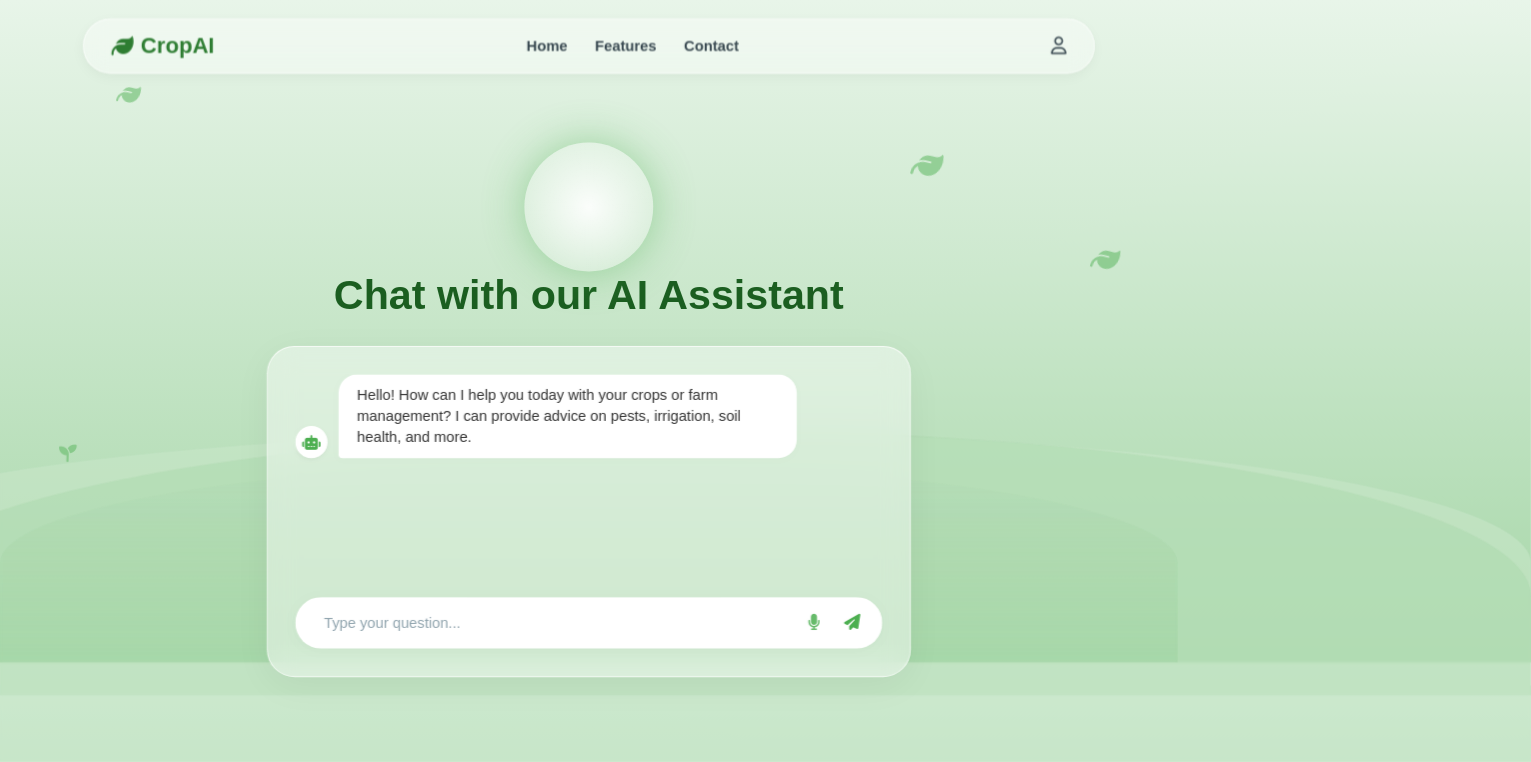
Repository: 4hmedshanu/Systemcropadvag
Page: http://localhost/multilingualchatbot
An editor plug-in stored every save of this project. The page is shown before and after the next save, followed by the edit.
The browser window is 1280 px wide. The page is 1664 px wide, so the pictures cover 1664 px, including what lies to the right of the window. The pictures show the whole page, at 92% of full size.
Pictures or frames that could not be fetched are drawn as grey boxes. Some web fonts or font styles are not loaded; a fallback is used. The page is this project's Thymeleaf template; nobody is signed in. The template is opened directly, without the code that normally fills it, so the values that code supplies are empty.

Above is the page before, as saved 2025-12-21 08:11:34.

### Smart_crop_advisory_system_Frouent/src/main/resources/templates/multilingualchatbot.html
<!DOCTYPE html>
<html lang="en" xmlns:th="http://www.thymeleaf.org">
<head>
    <meta charset="UTF-8">
    <meta name="viewport" content="width=device-width, initial-scale=1.0">
    <title>AI Crop Assistant</title>

    <link href="https://fonts.googleapis.com/css2?family=Quicksand:wght@400;500;600;700&display=swap" rel="stylesheet">
    <link rel="stylesheet" href="https://cdnjs.cloudflare.com/ajax/libs/font-awesome/6.4.0/css/all.min.css">

    <style>
        /* --- General Reset & Typography --- */
        :root {
            --primary-green: #4CAF50;
            --pastel-bg-start: #e0f2f1;
            --pastel-bg-end: #c8e6c9;
            --glass-bg: rgba(255, 255, 255, 0.4);
            --glass-border: rgba(255, 255, 255, 0.6);
            --text-dark: #2c3e50;
        }

        * {
            margin: 0;
            padding: 0;
            box-sizing: border-box;
        }

        body {
            font-family: 'Quicksand', sans-serif;
            background: linear-gradient(180deg, #e8f5e9 0%, #a5d6a7 100%);
            height: 100vh;
            width: 100vw;
            overflow: hidden;
            display: flex;
            flex-direction: column;
            color: var(--text-dark);
            position: relative;
        }

        /* --- Background Scenery --- */
        .hill {
            position: absolute;
            background: rgba(255, 255, 255, 0.25);
            border-radius: 50% 50% 0 0;
            backdrop-filter: blur(2px);
            pointer-events: none;
        }

        .hill-1 {
            width: 150vw;
            height: 40vh;
            bottom: -5vh;
            left: -20vw;
            background: #c8e6c9;
            opacity: 0.6;
        }

        .hill-2 {
            width: 140vw;
            height: 50vh;
            bottom: -15vh;
            right: -30vw;
            background: #a5d6a7;
            opacity: 0.4;
        }

        .hill-3 {
            width: 100vw;
            height: 30vh;
            bottom: 0;
            left: 0;
            background: linear-gradient(to top, #81c784 0%, transparent 100%);
            opacity: 0.2;
        }

        /* Floating Leaves Animation */
        .floating-leaf {
            position: absolute;
            color: #66bb6a;
            opacity: 0.6;
            animation: float-leaf 8s ease-in-out infinite;
            z-index: 1;
            pointer-events: none;
        }
        .fl-1 { top: 15%; left: 10%; font-size: 1.5rem; animation-delay: 0s; }
        .fl-2 { top: 25%; right: 20%; font-size: 2rem; transform: rotate(45deg); animation-delay: 2s; }
        .fl-3 { bottom: 30%; left: 5%; font-size: 1.2rem; animation-delay: 4s; }
        .fl-4 { top: 40%; right: 5%; font-size: 1.8rem; animation-delay: 1s; }

        @keyframes float-leaf {
            0% { transform: translateY(0) rotate(0deg); }
            50% { transform: translateY(-20px) rotate(15deg); }
            100% { transform: translateY(0) rotate(0deg); }
        }

        /* --- Navbar (Floating Glass) --- */
        nav {
            margin: 20px auto;
            width: 90%;
            max-width: 1100px;
            padding: 15px 30px;
            display: flex;
            justify-content: space-between;
            align-items: center;
            border-radius: 50px;
            background: var(--glass-bg);
            backdrop-filter: blur(12px);
            -webkit-backdrop-filter: blur(12px);
            border: 1px solid var(--glass-border);
            box-shadow: 0 4px 15px rgba(0, 0, 0, 0.05);
            z-index: 100;
        }

        .logo {
            font-size: 1.5rem;
            font-weight: 700;
            color: #2e7d32;
            display: flex;
            align-items: center;
            gap: 8px;
        }

        .nav-links {
            display: flex;
            gap: 30px;
        }

        .nav-links a {
            text-decoration: none;
            color: #37474f;
            font-weight: 600;
            font-size: 1rem;
            transition: color 0.3s;
        }

        .nav-links a:hover { color: #2e7d32; }

        .profile-icon {
            font-size: 1.2rem;
            color: #37474f;
            cursor: pointer;
        }

        /* --- Main Content --- */
        main {
            flex: 1;
            display: flex;
            flex-direction: column;
            align-items: center;
            justify-content: flex-start;
            position: relative;
            z-index: 10;
            padding-bottom: 40px;
            padding-top: 20px;
        }

         /* ================= AVATAR ================= */
        .avatar-section {
            margin-top: 35px;
            display: flex;
            flex-direction: column;
            align-items: center;
        }

        .avatar-glow {
            width: 140px;
            height: 140px;
            border-radius: 50%;
            background: radial-gradient(
                circle,
                rgba(255,255,255,.9),
                rgba(165,214,167,0)
            );
            box-shadow: 0 0 45px rgba(76,175,80,.45);
            position: relative;
            overflow: hidden; /* 🔥 IMPORTANT */
        }

        /* MEDIA (VIDEO + IMAGE) */
        .bot-media {
            position: absolute;
            inset: 0;
            width: 100%;
            height: 100%;
            object-fit: cover;   /* 🔥 KEY */
            border-radius: 50%;
        }

        .hidden {
            display: none;
        }



        h1 {
            font-size: 2.8rem;
            color: #1b5e20;
            margin-bottom: 30px;
            font-weight: 700;
            text-align: center;
        }

        /* --- Chat Container Glass --- */
        .chat-container {
            width: 90%;
            max-width: 700px;
            height: 50vh;
            display: flex;
            flex-direction: column;

            background: rgba(255, 255, 255, 0.45);
            backdrop-filter: blur(15px);
            -webkit-backdrop-filter: blur(15px);
            border: 1px solid rgba(255, 255, 255, 0.7);
            border-radius: 30px;
            padding: 30px;
            box-shadow: 0 10px 40px rgba(0, 0, 0, 0.05);
        }

        /* Added new container for chat history that will be scrollable */
        .chat-history {
            flex-grow: 1;
            overflow-y: auto;
            padding-right: 15px;
            display: flex;
            flex-direction: column;
            gap: 25px;
        }

        /* Custom Scrollbar for Webkit browsers (Optional but nice) */
        .chat-history::-webkit-scrollbar {
            width: 8px;
        }
        .chat-history::-webkit-scrollbar-thumb {
            background-color: rgba(76, 175, 80, 0.5); /* Semi-transparent green */
            border-radius: 10px;
        }
        .chat-history::-webkit-scrollbar-track {
            background: rgba(0, 0, 0, 0.05);
        }

        /* Messages */
        .message-row {
            display: flex;
            align-items: flex-end;
            gap: 12px;
            width: 100%;
        }

        .bot-row {
            justify-content: flex-start;
        }

        .user-row {
            justify-content: flex-end;
        }

        .bot-icon-small {
            width: 35px;
            height: 35px;
            background: #fff;
            border-radius: 50%;
            display: flex;
            align-items: center;
            justify-content: center;
            color: #4CAF50;
            font-size: 1rem;
            box-shadow: 0 2px 5px rgba(0,0,0,0.05);
            min-width: 35px;
        }

        .user-icon-small {
            width: 35px;
            height: 35px;
            min-width: 35px;
            background: #e8f5e9;
            border-radius: 50%;
            display: flex;
            align-items: center;
            justify-content: center;
            color: #1b5e20;
            font-size: 1rem;
            box-shadow: 0 2px 5px rgba(0,0,0,0.05);
        }

        .msg-bubble {
            padding: 12px 20px;
            border-radius: 20px;
            font-size: 1rem;
            line-height: 1.4;
            max-width: 80%;
            position: relative;
        }

        .bot-bubble {
            background: #ffffff;
            color: #333;
            border-radius: 20px 20px 20px 4px;
            box-shadow: 0 2px 10px rgba(0,0,0,0.02);
        }

        .user-bubble {
            background: #81c784;
            color: #1b5e20;
            border-radius: 20px 20px 4px 20px;
            font-weight: 500;
        }

        /* Input Area Fixes */
        .input-wrapper {
            position: relative; /* Changed from sticky, as sticky can be tricky within flex containers */
            bottom: 0;
            background: #ffffff;
            border-radius: 50px;
            padding: 8px 15px;
            display: flex;
            align-items: center;
            box-shadow: 0 2px 15px rgba(0,0,0,0.03);
            border: 1px solid transparent;
            transition: border 0.3s;
            margin-top: 25px;
        }

        /* **Crucial Fix**: Style the input element to fill the available space */
        #dynamicpromt {
            flex-grow: 1; /* Allow input to take up most of the space */
            border: none;
            padding: 10px 15px;
            font-size: 1rem;
            outline: none;
            background: none;
            color: #37474f;
        }

        #dynamicpromt::placeholder {
            color: #90a4ae;
        }

        /* Style for the icon buttons */
        .icon-btn {
            background: none;
            border: none;
            color: #66bb6a;
            font-size: 1.1rem;
            cursor: pointer;
            padding: 8px;
            border-radius: 50%;
            transition: background-color 0.2s, color 0.2s;
        }

        .icon-btn:hover {
            background-color: #e8f5e9;
        }

        .send-btn {
            color: #4CAF50;
            margin-left: 10px;
        }

        .send-btn:hover {
            background-color: #c8e6c9;
        }


        .audio-btn {
		    margin-left: 10px;
		    background: none;
		    border: none;
		    cursor: pointer;
		    font-size: 1rem;
		    color: #4CAF50;
		}




    </style>
</head>
<body>

    <div class="hill hill-1"></div>
    <div class="hill hill-2"></div>
    <div class="hill hill-3"></div>

    <i class="fas fa-leaf floating-leaf fl-1"></i>
    <i class="fas fa-leaf floating-leaf fl-2"></i>
    <i class="fas fa-seedling floating-leaf fl-3"></i>
    <i class="fas fa-leaf floating-leaf fl-4"></i>

    <nav>
        <div class="logo">
            <i class="fas fa-leaf"></i> CropAI
        </div>
        <div class="nav-links">
            <a href="#">Home</a>
            <a href="#">Features</a>
            <a href="#">Contact</a>
        </div>
        <div class="profile-icon">
            <i class="far fa-user"></i>
        </div>
    </nav>

    <main>

            <!-- AVATAR -->
			    <div class="avatar-section">
			        <div class="avatar-glow">

			            <!-- VIDEO -->
			            <video
			                id="botVideo"
			                class="bot-media"
			                autoplay
			                muted
			                playsinline
			            >
			                <source src="gif/bot.mp4" type="video/mp4">
			            </video>

                        <audio id="botAudio" src="bot.mp3" preload="auto"></audio>

			            <!-- IMAGE -->
			            <img
			                id="botImage"
			                src="img/bot.jpeg"
			                class="bot-media hidden"
			                alt="Bot"
			            >

			        </div>
			        <h1>Chat with our AI Assistant</h1>
			    </div>

        <div class="chat-container">
            <div class="chat-history">

                <div class="message-row bot-row">
                    <div class="bot-icon-small">
                        <i class="fas fa-robot"></i>
                    </div>
                    <div class="msg-bubble bot-bubble">
                        Hello! How can I help you today with your crops or farm management? I can provide advice on pests, irrigation, soil health, and more.
                    </div>
                </div>

            </div>

            <div class="input-wrapper">
                <input type="text" placeholder="Type your question..." id="dynamicpromt">

                <button class="icon-btn"><i class="fas fa-microphone"></i></button>

                <button class="icon-btn send-btn" type="submit" id="submitpromt"><i class="fas fa-paper-plane"></i></button>
            </div>

        </div>
    </main>

        <!-- ================= JS ================= -->
            <script>
                const video = document.getElementById("botVideo");
                const image = document.getElementById("botImage");
                const audio = document.getElementById("botAudio");

                let started = false;

                function startBot() {
                    if (started) return;
                    started = true;

                    video.muted = false;   // allow sound
                    video.play();

                    audio.currentTime = 0;
                    audio.play().catch(() => {
                        console.log("Audio blocked");
                    });
                }

                // First user interaction unlocks audio
                document.addEventListener("click", startBot, { once: true });
                document.addEventListener("keydown", startBot, { once: true });

                video.addEventListener("ended", () => {
                    audio.pause();
                    audio.currentTime = 0;

                    video.classList.add("hidden");
                    image.classList.remove("hidden");
                });
            </script>

		            <script>
		    function speakTextFromButton(btn) {
		        const text = btn
		            .closest(".msg-bubble")
		            .querySelector(".msg-text")
		            .innerText;

		        // Stop previous speech
		        window.speechSynthesis.cancel();

		        const speech = new SpeechSynthesisUtterance(text);
		        speech.lang = "hi-IN";   // Hindi / Hinglish
		        speech.rate = 1;
		        speech.pitch = 1;

		        window.speechSynthesis.speak(speech);
		    }
		</script>



    <script src="jsfile/multilingualchatbot.js"></script>
</body>
</html>

### Smart_crop_advisory_system_Frouent/src/main/resources/static/jsfile/multilingualchatbot.js
// multilinguachabot.js

console.log("Chatbot Loaded");

// --- Configuration ---
// CORRECTED: Use port 8082 as seen in the Spring Boot logs.
const BACKEND_BASE_URL = 'http://localhost:8082';

// INPUTS & ELEMENTS
const input = document.querySelector("#dynamicpromt");
const sendBtn = document.querySelector("#submitpromt");
// Select the new chat history container for message insertion
const chatHistory = document.querySelector(".chat-history");

// --- Helper Functions (Unchanged) ---

// FUNCTION: Create User Message
function addUserMessage(text) {
    const row = document.createElement("div");
    row.classList.add("message-row", "user-row");

    const bubble = document.createElement("div");
    bubble.classList.add("msg-bubble", "user-bubble");
    bubble.innerText = text;

    // Create the user icon using the new .user-icon-small class
    const icon = document.createElement("div");
    icon.classList.add("user-icon-small");
    icon.innerHTML = `<i class="fas fa-user"></i>`;

    // User messages have the bubble on the left and the icon on the right
    row.appendChild(bubble);
    row.appendChild(icon);

    // Append to the chat history container
    chatHistory.appendChild(row);
    autoScroll();
    return bubble; // Return the bubble element for easy modification
}

// FUNCTION: Create AI Message (Modified to return the bubble)
function createAiMessage(initialText = "") {
    const row = document.createElement("div");
    row.classList.add("message-row", "bot-row");

    const icon = document.createElement("div");
    icon.classList.add("bot-icon-small");
    icon.innerHTML = `<i class="fas fa-robot"></i>`;

    const bubble = document.createElement("div");
    bubble.classList.add("msg-bubble", "bot-bubble");
	bubble.innerHTML = `
	       <span class="msg-text">${initialText}</span>
	       <button class="audio-btn" onclick="speakTextFromButton(this)">🔊</button>
	   `;

    // Bot messages have the icon on the left and the bubble on the right
    row.appendChild(icon);
    row.appendChild(bubble);

    // Append to the chat history container
    chatHistory.appendChild(row);
    autoScroll();
    return bubble; // Return the bubble element for streaming updates
}

// FUNCTION: Auto-scroll (updated to scroll the chat history container)
function autoScroll() {
    chatHistory.scrollTop = chatHistory.scrollHeight;
}

// --- NEW STREAMING LOGIC ---

/**
 * Handles the actual API call and streaming of the response.
 * @param {string} question The user's query.
 */
async function sendStreamingRequest(question) {
    // 1. Create a message bubble immediately to show the AI is "typing"
    const aiBubble = createAiMessage("..."); // Placeholder text

    // 2. Construct the URL to your Spring Boot endpoint using the constant
    // Endpoint: http://localhost:8082/ai/ask?q=...
    const url = `${BACKEND_BASE_URL}/ai/ask?q=${encodeURIComponent(question)}`;

    try {

        const response = await fetch(url, {
        method: "GET",
        mode: "cors"
        });

        if (!response.body || !response.ok) {
            // Handle HTTP errors (e.g., 404, 500)
             let errorMessage = `Error: HTTP Status ${response.status}. Check backend endpoint '/ai/ask' or CORS configuration.`;
             if (response.status === 404) {
                 errorMessage = `Error: 404 Not Found. Check if the endpoint path '/ai/ask' is correct on the server.`;
             }
             aiBubble.innerText = errorMessage;
             return;
        }

        // 3. Get a reader to process the stream
        const reader = response.body.getReader();
        const decoder = new TextDecoder("utf-8");
        let fullResponse = '';

        // Clear the placeholder
        aiBubble.innerText = '';

        // 4. Read the stream loop
        while (true) {
            const { value, done } = await reader.read();
            if (done) break;

            const chunk = decoder.decode(value, { stream: true });

            // Append the new chunk to the bubble content
            fullResponse += chunk;
            aiBubble.innerText = fullResponse;

            autoScroll(); // Keep scrolling to the bottom with each new chunk
        }

    } catch (error) {
        console.error('Streaming request failed:', error);
        // CORRECTED: Reference the constant for the port in the error message
        aiBubble.innerText = `Error: Could not connect to the backend (${BACKEND_BASE_URL}). Check if the server is running and CORS is configured.`;
    }
}


// --- Event Handlers (Unchanged) ---

// HANDLE SEND BUTTON CLICK
sendBtn.addEventListener("click", () => {
    const text = input.value.trim();
    if (!text) return;

    addUserMessage(text);
    input.value = "";

    // START the streaming request
    sendStreamingRequest(text);
});

// ENTER KEY SUPPORT
input.addEventListener("keypress", (e) => {
    if (e.key === "Enter") {
        sendBtn.click();
    }
});

After the next save:
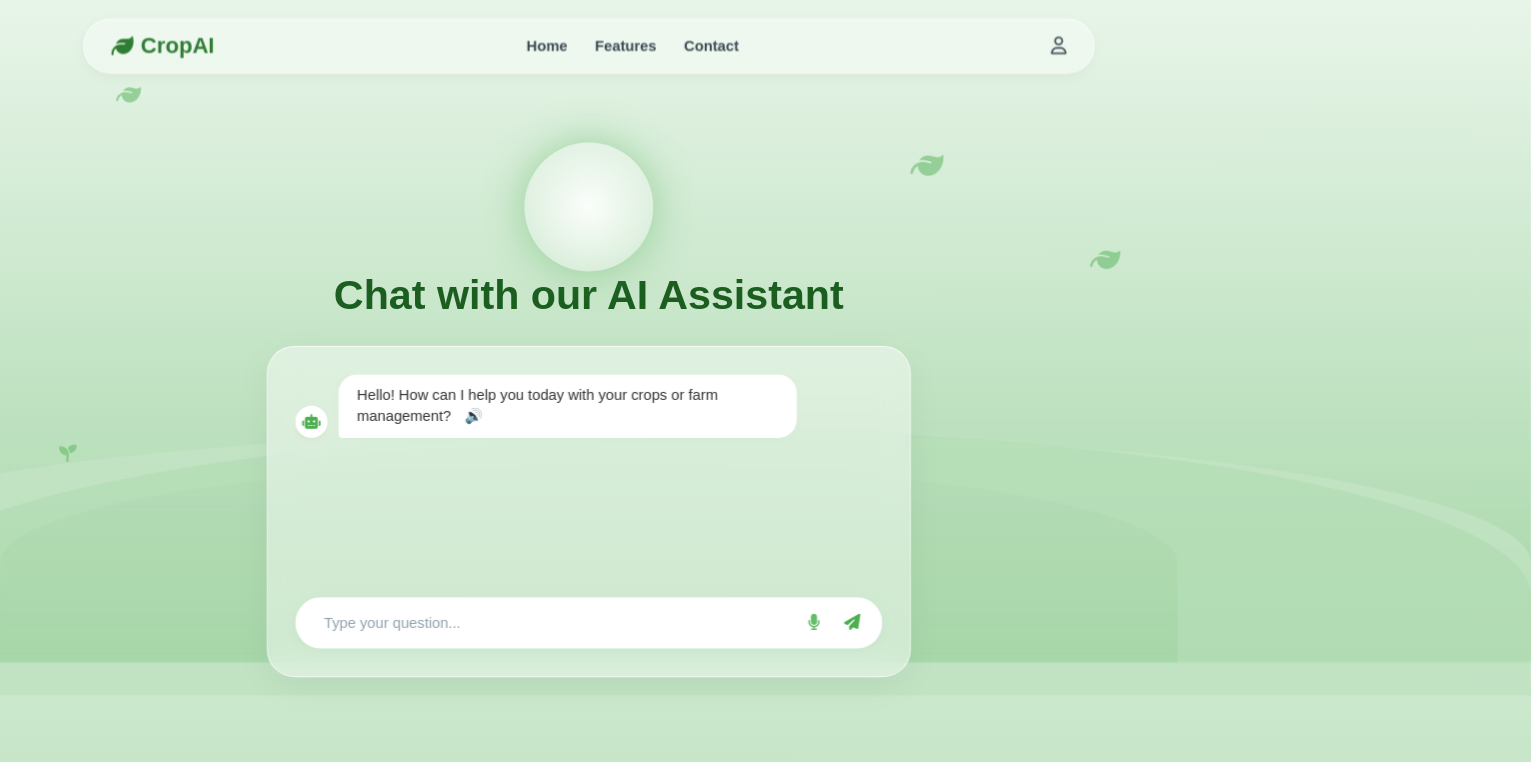
Saved 2 min 50 s later.
--- a/Smart_crop_advisory_system_Frouent/src/main/resources/templates/multilingualchatbot.html
+++ b/Smart_crop_advisory_system_Frouent/src/main/resources/templates/multilingualchatbot.html
@@ -440,8 +440,14 @@
                         <i class="fas fa-robot"></i>
                     </div>
                     <div class="msg-bubble bot-bubble">
-                        Hello! How can I help you today with your crops or farm management? I can provide advice on pests, irrigation, soil health, and more.
-                    </div>
+					    <span class="msg-text">
+					        Hello! How can I help you today with your crops or farm management?
+					    </span>
+					    <button class="audio-btn" onclick="speakTextFromButton(this)">🔊</button>
+					</div>
+
+
+
                 </div>
 
             </div>
